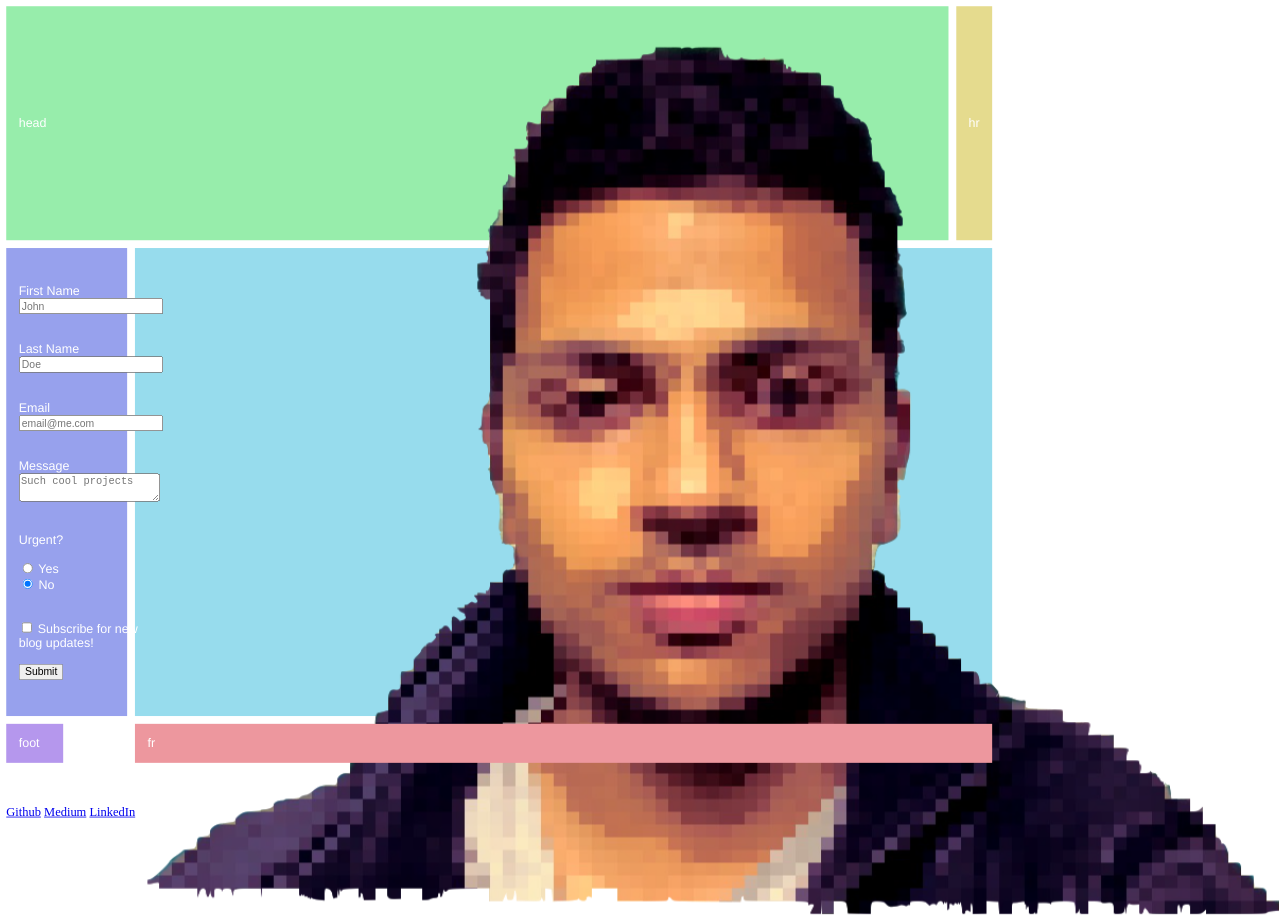
Repository: SamirIngley/html-semantic
Page: templates/contact.html
An editor plug-in stored every save of this project. The page is shown before and after a run of saves, followed by the edit.
The browser window is 1280 px wide. The page is 1640 px wide, so the pictures cover 1640 px, including what lies to the right of the window. The pictures show the whole page, at 78% of full size.

Above is the page before, as saved 2020-02-06 07:55:35.

After the next 2 saves:
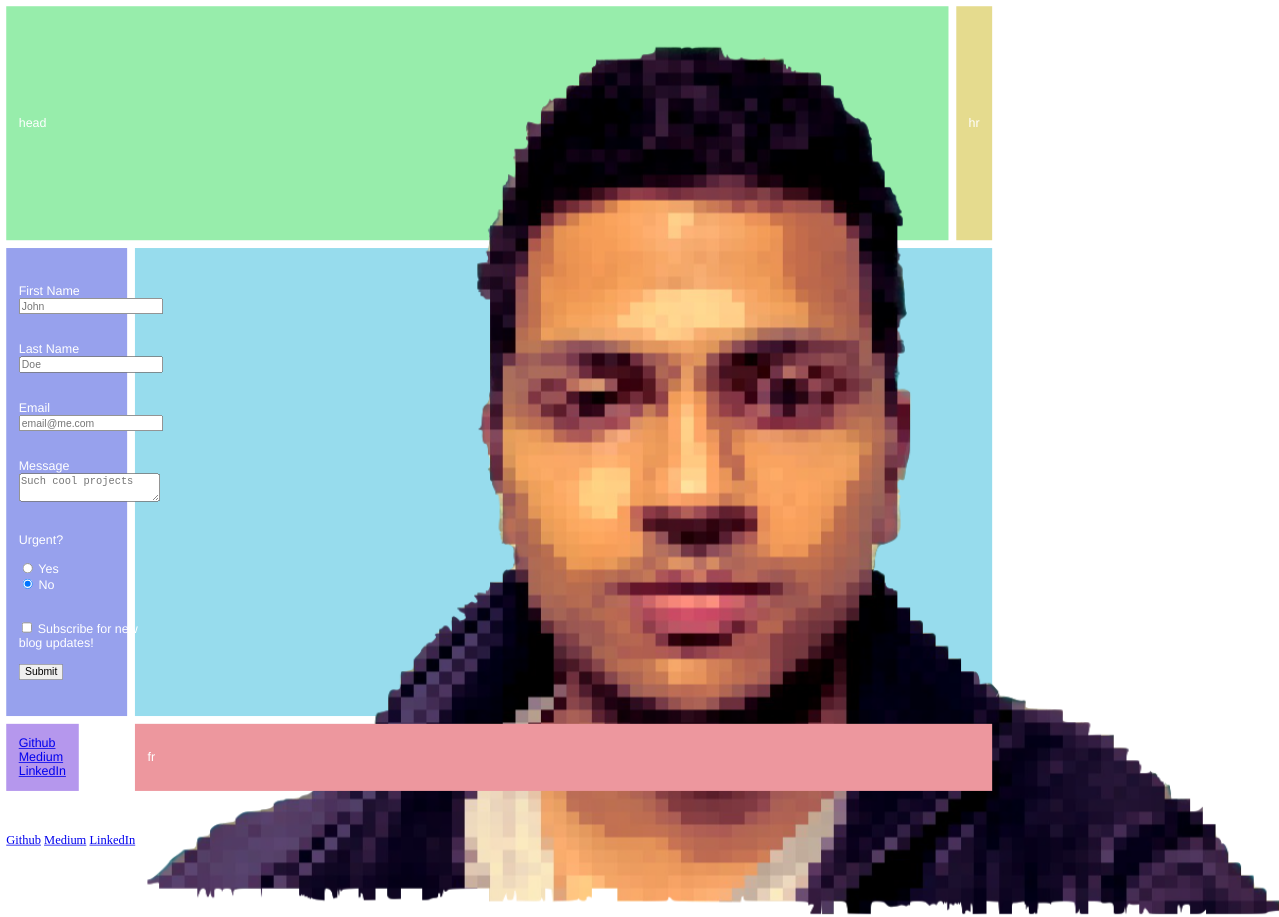
The 2 saves are shown as one change because they came seconds apart.
The last was saved 29 s later.
--- a/templates/contact.html
+++ b/templates/contact.html
@@ -80,7 +80,10 @@
     </div>
 
     <div class="footer">
-        <div>foot</div>
+        <div><a href="https://github.com/SamirIngley">Github</a>
+            <a href="https://medium.com/@SamirIngle">Medium</a>
+            <a href="https://www.linkedin.com/in/samiringle/">LinkedIn</a>
+        </div>
     </div>
 
     <div class="footer-right">
